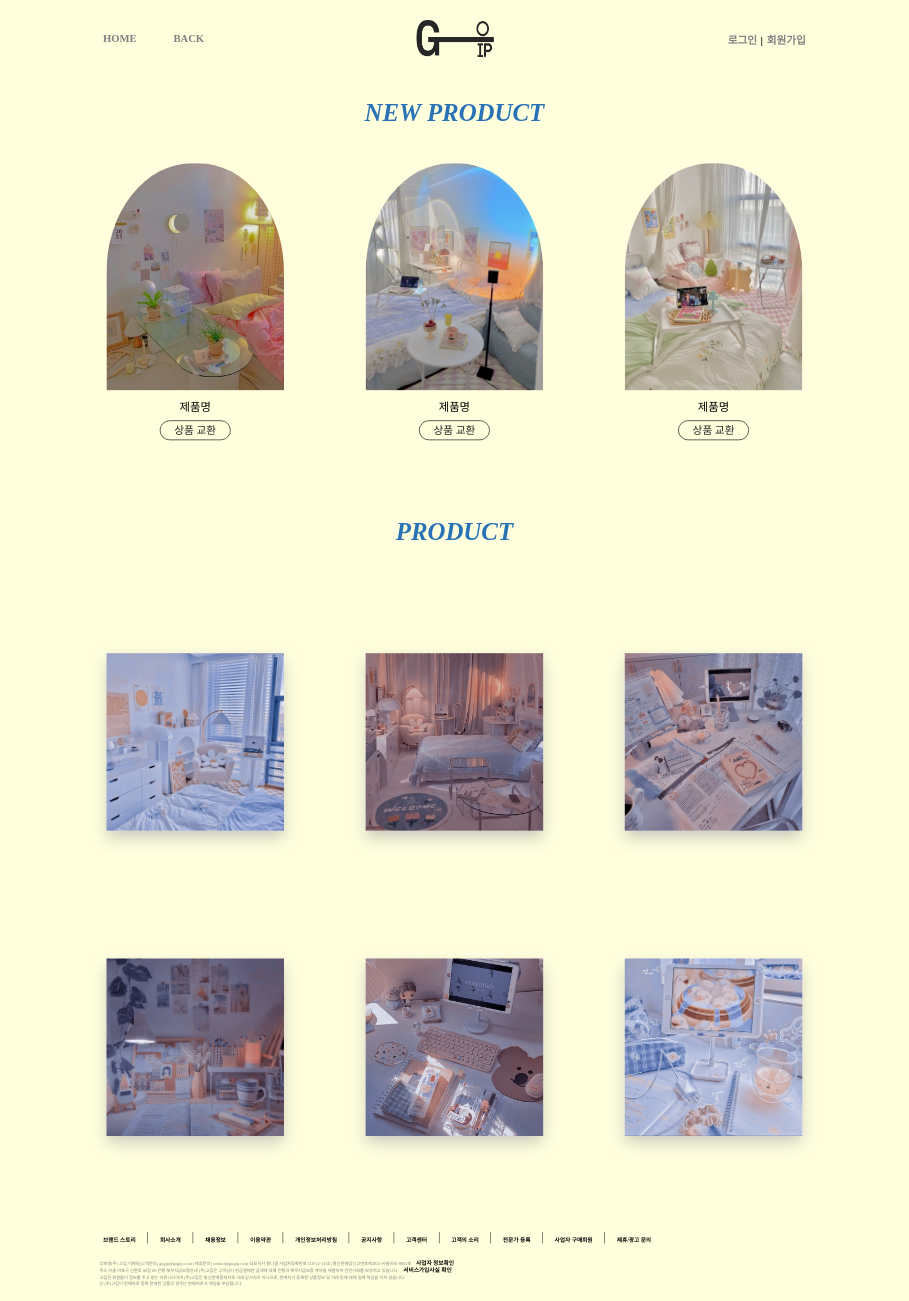
Repository: pauljerricho/MES
Page: http://localhost/SpringBoard/WEB-INF/views/product.jsp
The author's editor kept a copy of each file at every save. The page is drawn from the files as they stood at one save, then again after the next save.
The browser window is 1280 px wide. The pictures show the whole page, at 71% of full size.
The page is served by Tomcat 9. Nobody is signed in. Other server files are loaded and not shown. The template is opened directly, without the code that normally fills it, so the values that code supplies are empty.

Above is the page before, as saved 2022-03-13 07:42:06.

### gozip/SpringBoard/src/main/webapp/WEB-INF/views/product.jsp
<%@ page language="java" contentType="text/html; charset=UTF-8"
	pageEncoding="UTF-8"%>
<!DOCTYPE html>
<html>
<head>
<meta charset="UTF-8">
<title>product_main</title>
<!-- CSS -->
<style type="text/css">
#wrap {
	margin-top: 50px;
	position: relative;
	min-width: 980px;
}
div {
	display: block;
}
.wrap_home {
	padding: 18px o;
}
/* NEW PRODUCT 부분 */
.new_wrap {
	width: 980px;
	margin: 0 auto;
}
.new_list {
	position: relative;
	margin-top: 50px;
}
.new_list:after {
	display: table;
	clear: both;
	content: '';
}
.tit_main {
	font-style: italic;
	font-size: 35px;
	font-weight: bold;
	color: #2972b6;
	text-align: center;
}
.new_content {
	width: 100%;
	float: left;
	align-content: center;
	display: flex;
	justify-content: space-between;
	margin-top: 50px;
}
.nproduct {
	float: left;
	position: relative;
	width: 250px;
	height: 400px;
	overflow: visible;
}
.np_img {
	width: 100%;
	height: 320px;
	background-color: #f2b8b8;
	border-radius: 48% 48% 0 0;
	background-size: cover;
	background-repeat: no-repeat;
}
.description {
	text-align: center;
	padding: 10px 0;
}
.text {
	font-size: 16px;
}
.p_btn {
	width: 100%;
	padding: 10px 0;
	align-content: center;
}
.btn {
	text-align: center;
	padding: 5px 20px;
	height: 18px;
	border: 1px solid #222222;
	border-radius: 38px 38px 38px 38px;
	width: 127px;
	color: #222222;
}
/*PRODUCT 부분*/
.product_wrap {
	width: 980px;
	height:1000px;
	margin: 0 auto;
}
.product_list {
	position: relative;
	margin-top: 100px;
}

.product_content {
	width: 100%;
	float: left;
	align-content: center;
	display: flex;
	justify-content: space-between;
	position: relative;
	cursor: pointer;
	flex-wrap: wrap;
}

.product {
	float: left;
	height: 350px;
	position: relative;
	cursor: pointer;
	text-align: center;
	position: relative;
}

.box {
	width: 250px;
	height: 250px;
	transition: 1s;
}

.product1 {
	background: url(/img/np04.jpg);
	background-size: cover;
	background-repeat: no-repeat;
}

.product2 {
	background: url(/img/np05.jpg);
	background-size: cover;
	background-repeat: no-repeat;
}

.product3 {
	background: url(/img/np06.jpg);
	background-size: cover;
	background-repeat: no-repeat;
}

.product4 {
	background: url(/img/np07.jpg);
	background-size: cover;
	background-repeat: no-repeat;
}

.product5 {
	background: url(/img/np08.jpg);
	background-size: cover;
	background-repeat: no-repeat;
}

.product6 {
	background: url(/img/np09.jpg);
	background-size: cover;
	background-repeat: no-repeat;
}

.product1, .product2, .product3, .product4, .product5, .product6 {
	-webkit-background-size: cover;
	background-size: cover;
	background-position: center center;
	position: relative;
	display: -webkit-flex;
	display: -moz-flex;
	display: -ms-flex;
	display: -o-flex;
	display: flex;
	justify-content: center;
	align-items: center;
	z-index: 1;
	transform: translateY(150px);
}

.p_cont1, .p_cont2, .p_cont3 {
	margin-bottom: 80px;
}

.product:hover .product1 {
	transform: translateY(0);
}

.product:hover .product2 {
	transform: translateY(0);
}

.product:hover .product3 {
	transform: translateY(0);
}

.product:hover .product4 {
	transform: translateY(0);
}

.product:hover .product5 {
	transform: translateY(0);
}

.product:hover .product6 {
	transform: translateY(0);
}

.img_text {
	display: -webkit-flex;
	display: -moz-flex;
	display: -ms-flex;
	display: -o-flex;
	display: flex;
	justify-content: center;
	align-items: center;
	padding: 15px;
	box-sizing: border-box;
	box-shadow: 0 10px 20px 0 rgb(150 153 159/ 50%); transform :
	translateY( -100px);
	position: relative;
	background-color: whitesmoke;
	transform: translateY(-100px)
}

.product:visited .img_text {
	transform: translateY(0);
}

.text_area h4 {
	margin-top: 80px;
	font-size: 18px;;
}

.text_area .t_han {
	margin-top: 5px;
	line-height: 36px;
	font-size: 15px;
}

</style>
</head>
<body>
	<header>
		<%@include file="/WEB-INF/views/head.jsp"%>
	</header>
	<div id="wrap" class="wrap_home">
		<div class="new_wrap">
			<div class="new_list">
				<h2 class="tit_main">NEW PRODUCT</h2>
				<div class="new_content">
					<div class="nproduct new1 ">
						<div class="np_img"
							style="background-image: url('/img/np01.jpg');"></div>
						<div class="description">
							<p class="text">제품명</p>
							<div class="p_btn">
								<a class="btn" href="product_serve.do">상품 교환</a>
							</div>
						</div>
					</div>
					<!-- new1 영역 -->
					<div class="nproduct new2 ">
						<div class="np_img"
							style="background-image: url('/img/np02.jpg');"></div>
						<div class="description">
							<p class="text">제품명</p>
							<div class="p_btn">
								<a class="btn" href="product_serve.do">상품 교환</a>
							</div>
						</div>
					</div>
					<!-- new2 영역 -->
					<div class="nproduct new3 ">
						<div class="np_img"
							style="background-image: url('/img/np03.jpg');"></div>
						<div class="description">
							<p class="text">제품명</p>
							<div class="p_btn">
								<a class="btn" href="product_serve.do">상품 교환</a>
							</div>
						</div>
					</div>
					<!-- new3 영역 -->
				</div>
				<!-- new_content 영역 -->
			</div>
			<!-- new_list 영역 -->
		</div>
		<!-- new_wrap 영역 -->
		<div class="product_wrap">
			<div class="product_list">
				<h2 class="tit_main">PRODUCT</h2>
				<div class="product_content">
					<div class="product p_cont1">
						<div class="box product1"></div>
						<div class="box img_text">
							<div class="text_area">
								<h4>상품명</h4>
								<p class="t_han">상품설명 부분입니다.</p>
								<div class="p_btn">
									<a class="btn" href="product_serve.do">상품 교환</a>
								</div>
							</div>
							<!-- text_area 영역 -->
						</div>
						<!-- box img_text 영역-->
					</div>
					<!-- product1 영역 -->
					<div class="product p_cont2">
						<div class="box product2"></div>
						<div class="box img_text">
							<div class="text_area">
								<h4>상품명</h4>
								<p class="t_han">상품설명 부분입니다.</p>
								<div class="p_btn">
									<a class="btn" href="product_serve.do">상품 교환</a>
								</div>
							</div>
							<!-- text_area 영역 -->
						</div>
						<!-- box img_text 영역-->
					</div>
					<!-- product2 영역 -->
					<div class="product p_cont3">
						<div class="box product3"></div>
						<div class="box img_text">
							<div class="text_area">
								<h4>상품명</h4>
								<p class="t_han">상품설명 부분입니다.</p>
								<div class="p_btn">
									<a class="btn" href="product_serve.do">상품 교환</a>
								</div>
							</div>
							<!-- text_area 영역 -->
						</div>
						<!-- box img_text 영역-->
					</div>
					<!-- product3 영역 -->
					<div class="product">
						<div class="box product4"></div>
						<div class="box img_text">
							<div class="text_area">
								<h4>상품명</h4>
								<p class="t_han">상품설명 부분입니다.</p>
								<div class="p_btn">
									<a class="btn" href="product_serve.do">상품 교환</a>
								</div>
							</div>
							<!-- text_area 영역 -->
						</div>
						<!-- box img_text 영역-->
					</div>
					<!-- product 영역4 -->
					<div class="product">
						<div class="box product5"></div>
						<div class="box img_text">
							<div class="text_area">
								<h4>상품명</h4>
								<p class="t_han">상품설명 부분입니다.</p>
								<div class="p_btn">
									<a class="btn" href="product_serve.do">상품 교환</a>
								</div>
							</div>
							<!-- text_area 영역 -->
						</div>
						<!-- box img_text 영역-->
					</div>
					<!-- product5 영역 -->
					<div class="product">
						<div class="box product6"></div>
						<div class="box img_text">
							<div class="text_area">
								<h4>상품명</h4>
								<p class="t_han">상품설명 부분입니다.</p>
								<div class="p_btn">
									<a class="btn" href="product_serve.do">상품 교환</a>
								</div>
							</div>
							<!-- text_area 영역 -->
						</div>
						<!-- box img_text 영역-->
					</div>
					<!-- product6 영역 -->
				</div>
				<!-- product_content 영역 -->
			</div>
			<!-- product_list 영역 -->
		</div>
		<!-- product_wrap 영역 -->
	</div>
	<!-- #wrap 영역 -->
	<footer>
		<%@include file="/WEB-INF/views/foot.jsp"%>
	</footer>
</body>
</html>

### gozip/SpringBoard/src/main/webapp/WEB-INF/views/head.jsp
<%@ page language="java" contentType="text/html; charset=UTF-8"
	pageEncoding="UTF-8"%>
<!DOCTYPE html>
<html>
<head>
<meta charset="UTF-8">
<title>Insert title here</title>
<script
	src="https://ajax.googleapis.com/ajax/libs/jquery/3.6.0/jquery.min.js"></script>
	<%@ taglib prefix="c" uri="http://java.sun.com/jsp/jstl/core"%>
<style>
* {
	margin: 0px;
	padding: 0px;
	background: #ffffdd;
}

header {
	margin: 0px auto;
	margin-top: 10px;
	width: 1000px;
	display: flex;
	flex-direction: row;
	box-sizing: border-box;
	font-weight: bold;
	color: black;
}

#btn {
	width: 100px;
	margin-top: 25px;
}

#img {
	width: 600px;
	height: 70px;
	text-align: center;
}

#img>img {
	width: 120px;
	height: 70px;
}

#member {
	width: 200px;
	margin-top: 25px;
	text-align: right;
}

a {
	text-decoration: none;
	font-size: 15px;
	color: gray;
	padding: 0px 5px 0px 5px;
}
</style>

</head>
<body>
	<header>
		<div id="btn">
			<a href="/">HOME</a>
		</div>
		<div id="btn">
			<a href="#" onClick="history.back()">BACK</a>
		</div>
		<p>&nbsp;</p>
		<div id="img">
			<img src="/img/final_logo.png" onclick="location.href='boardreset.do'">
		</div>

		<p>&nbsp;</p>
		<div id="member">
			<c:if test="${empty sessionScope.member.id}">
			<a href="log.do">로그인</a>|<a href="register.do">회원가입</a></c:if>
			<c:if test="${not empty sessionScope.member.id}">
			<a href="logout.do">로그아웃</a></c:if>
		</div>
	</header>
</body>
</html>

### gozip/SpringBoard/src/main/webapp/WEB-INF/views/foot.jsp
<%@ page language="java" contentType="text/html; charset=UTF-8"
   pageEncoding="UTF-8"%>
<!DOCTYPE html>
<html>
<head>
<meta charset="UTF-8">
<title>Insert title here</title>
<style>
footer {
   margin: 0px auto;
   margin-bottom: 10px;
   width: 1000px;
   display: flex;
   flex-direction: column;
   box-sizing: border-box;
}

footer a {
   text-decoration: none;
   color: black;
   font-weight: bold;
   font-size: 8px;
   text-align: left;
}

footer .notice {
   color: gray;
   font-size: 6px;
   text-align: left;
}

</style>
</head>
<body>
<footer>
   <div class="menu">
      <a href="https://www.naver.com">브랜드 스토리</a>&nbsp;｜ <a
         href="https://www.google.com">회사소개</a>&nbsp;｜ <a href="">채용정보</a>&nbsp;｜
      <a href="">이용약관</a>&nbsp;｜ <a href="">개인정보처리방침</a>&nbsp;｜ <a href="">공지사항</a>&nbsp;｜
      <a href="">고객센터</a>&nbsp;｜ <a href="">고객의 소리</a>&nbsp;｜ <a href="">전문가
         등록</a>&nbsp;｜ <a href="">사업자 구매회원</a>&nbsp;｜ <a href="">제휴/광고 문의</a>&nbsp;
   </div>
   <br>
   <div class="notice">
      <p>
         상호명(주) 고집 이메일(고객문의) gogip@gogip.co.kr (제휴문의) contact@gogip.co.kr 대표이사
         봉다겸 사업자등록번호 119-12-12345 통신판매업신고번호제2022-서울마포-0001호 <a href="">사업자
            정보확인</a>
      </p>
      <p>
         주소 서울 마포구 신촌로 00길 00 은행 채무지급보증안내 (주)고집은 고객님이 현금결제한 금액에 대해 은행과 채무지급보증
         계약을 체결하여 안전거래를 보장하고 있습니다. <a href="">서비스가입사실 확인</a>
      </p>
      <p>고집은 회원들이 정보를 주고 받는 커뮤니티이며 (주)고집은 통신판매중개자로 거래 당사자가 아니므로,
         판매자가 등록한 상품정보 및 거래 등에 대해 일체 책임을 지지 않습니다.</p>
      <p>단 (주)고집이 판매자로 등록 판매한 상품의 경우는 판매자로서 책임을 부담합니다.</p>
   </div>
   </footer>
</body>
</html>

After the next save:
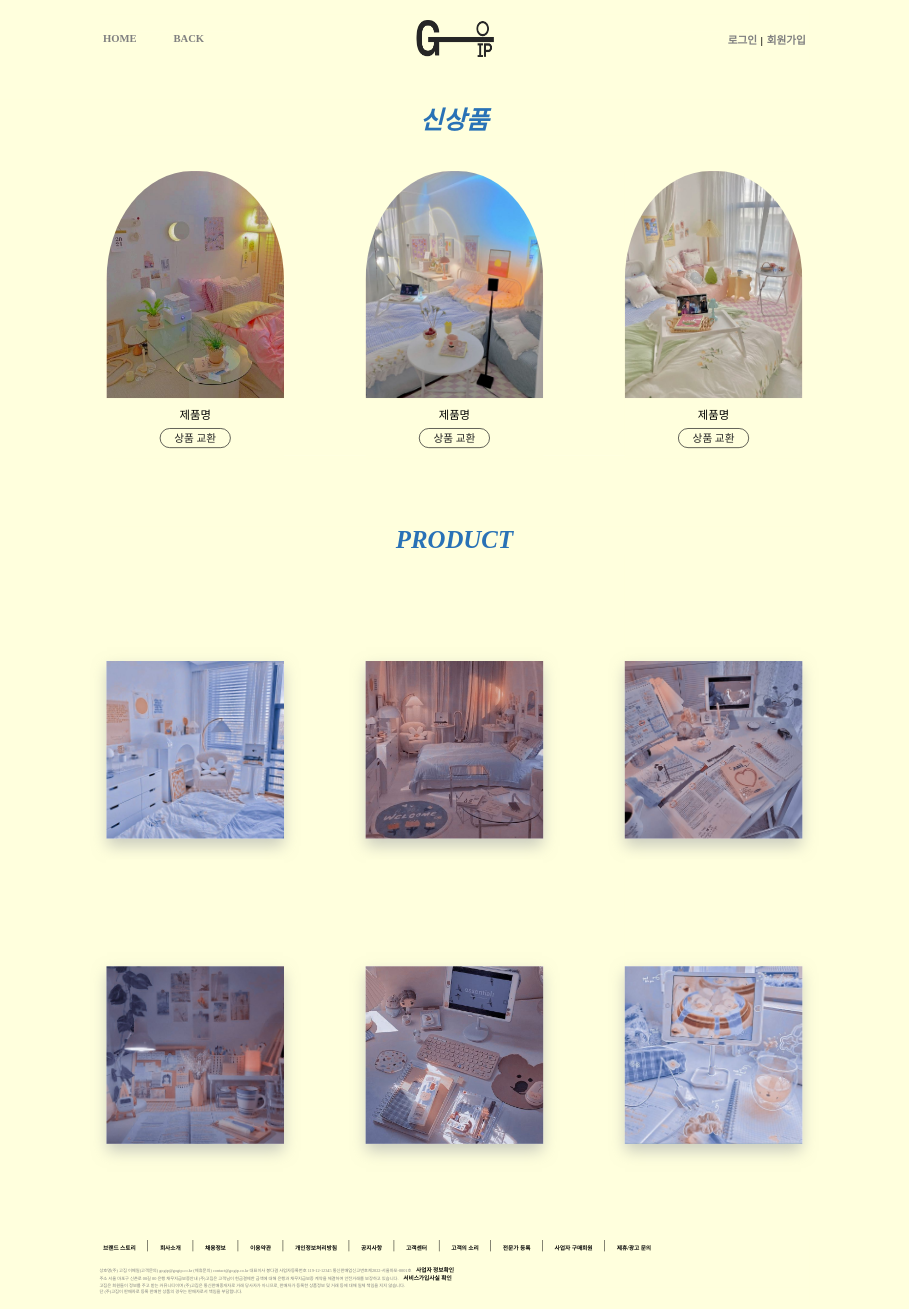
Saved 10 s later.
--- a/gozip/SpringBoard/src/main/webapp/WEB-INF/views/product.jsp
+++ b/gozip/SpringBoard/src/main/webapp/WEB-INF/views/product.jsp
@@ -241,7 +241,7 @@ div {
 	<div id="wrap" class="wrap_home">
 		<div class="new_wrap">
 			<div class="new_list">
-				<h2 class="tit_main">NEW PRODUCT</h2>
+				<h2 class="tit_main">신상품</h2>
 				<div class="new_content">
 					<div class="nproduct new1 ">
 						<div class="np_img"
